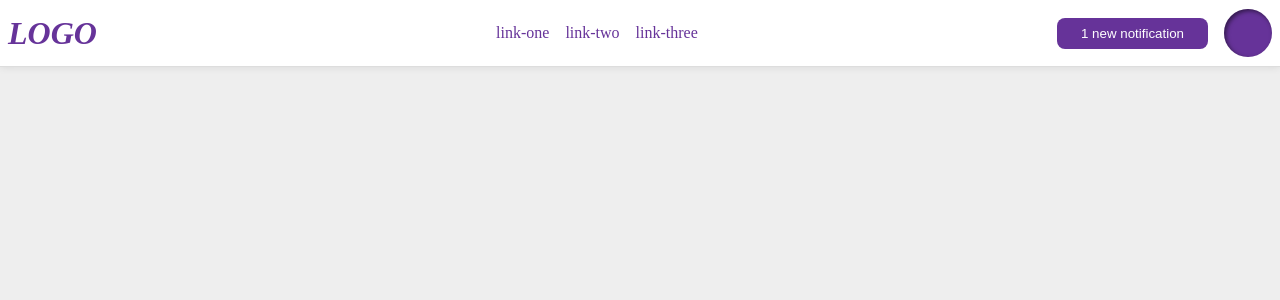
Repository: abrahamgek/PLP_week2
Page: css-exercises/flex/03-flex-header-2/index.html
The author's editor kept a copy of each file at every save. The page is drawn from the files as they stood at one save, then again after the next save.
The browser window is 1280 px wide. The pictures show the whole page.
Some web fonts or font styles are not loaded; a fallback is used.

Above is the page before, as saved 2024-02-26 08:18:03.

### css-exercises/flex/03-flex-header-2/index.html
<!DOCTYPE html>
<html lang="en">
  <head>
    <meta charset="UTF-8">
    <meta http-equiv="X-UA-Compatible" content="IE=edge">
    <meta name="viewport" content="width=device-width, initial-scale=1.0">
    <title>Flex Header 2</title>
    <link rel="stylesheet" href="style.css">
  </head>
  <body>
    <div class="header">
      <div class="logo">
        LOGO
      </div>
      <ul class="links">
        <li><a href="google.com">link-one</a></li>
        <li><a href="google.com">link-two</a></li>
        <li><a href="google.com">link-three</a></li>
      </ul>
      <div class="noti">
        <button class="notifications">
          1 new notification
        </button>
        <div class="profile-image"></div>
      </div>
    </div>
  </body>
</html>

### css-exercises/flex/03-flex-header-2/style.css
/* Import the font */
@import url('https://fonts.googleapis.com/css2?family=Besley:ital,wght@0,400;1,900&display=swap');

/* Apply font to body */
body {
  margin: 0;
  background: #eee;
  font-family: Besley, serif;
}

/* Style the header */
.header {
  background: white;
  border-bottom: 1px solid #ddd;
  box-shadow: 0 0 8px rgba(0,0,0,.1);
  display: flex;
  align-items: center; /* Center vertically */
  justify-content: space-between; /* Distribute items evenly */
  padding: 8px; /* 8px space between everything and the edge of the header */
}

/* Style the logo */
.logo {
  color: rebeccapurple;
  font-size: 32px;
  font-weight: 900;
  font-style: italic;
}

/* Style the links */
.links {
  list-style-type: none;
  display: flex;
  gap: 16px; /* 16px between each item */
}

.links li {
  margin: 0; /* Remove default margin */
}

.links li a {
  text-decoration: none;
  color: rebeccapurple;
}

/* Style the notifications and profile image */
.noti {
  display: flex;
  gap: 16px; /* 16px between each item */
  align-items: center; /* Center vertically */
}

/* Style the button */
button.notifications {
  border: none;
  border-radius: 8px;
  background: rebeccapurple;
  color: white;
  padding: 8px 24px;
}

/* Style the profile image */
.profile-image {
  background: rebeccapurple;
  box-shadow: inset 2px 2px 4px rgba(0,0,0,.5);
  border-radius: 50%;
  width: 48px;
  height: 48px;
}

After the next save:
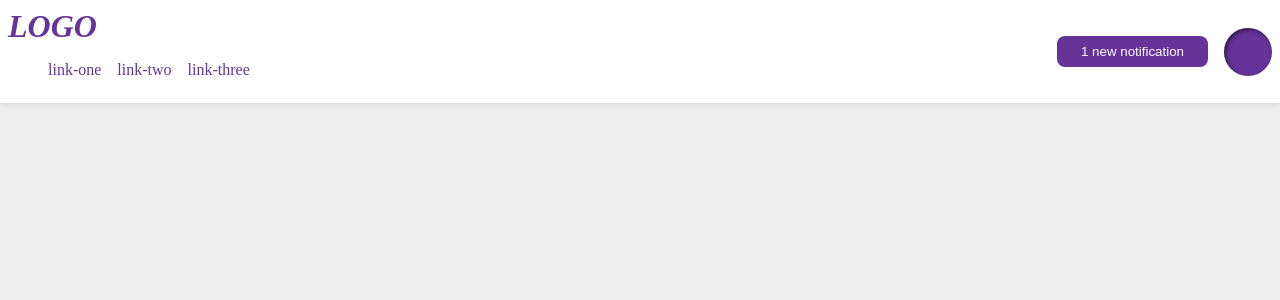
Saved 19 min 5 s later.
--- a/css-exercises/flex/03-flex-header-2/index.html
+++ b/css-exercises/flex/03-flex-header-2/index.html
@@ -9,14 +9,16 @@
   </head>
   <body>
     <div class="header">
-      <div class="logo">
-        LOGO
+      <div class="loli">
+        <div class="logo">
+          LOGO
+        </div>
+        <ul class="links">
+          <li><a href="google.com">link-one</a></li>
+          <li><a href="google.com">link-two</a></li>
+          <li><a href="google.com">link-three</a></li>
+        </ul>
       </div>
-      <ul class="links">
-        <li><a href="google.com">link-one</a></li>
-        <li><a href="google.com">link-two</a></li>
-        <li><a href="google.com">link-three</a></li>
-      </ul>
       <div class="noti">
         <button class="notifications">
           1 new notification
